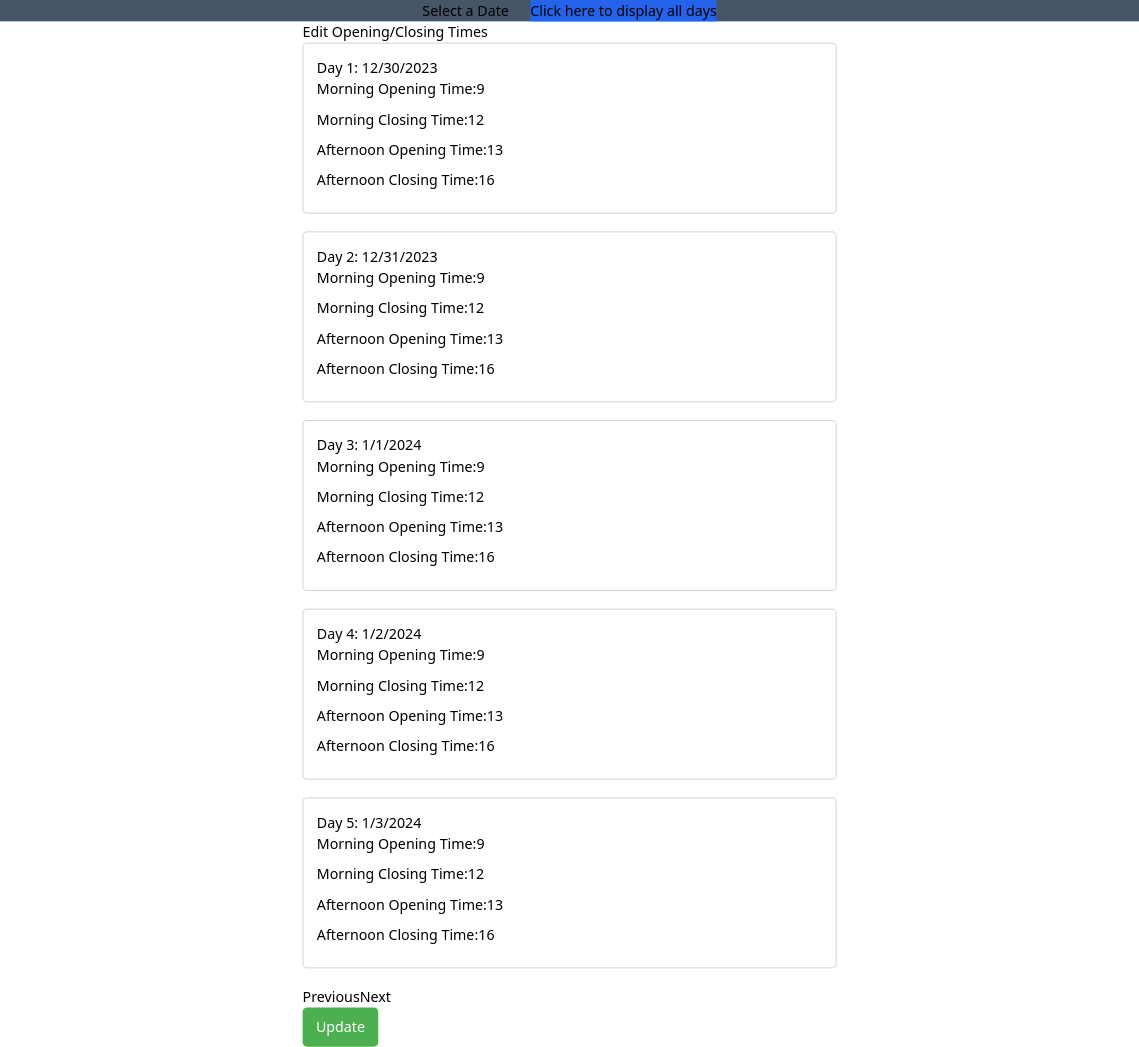
Repository: ImedBousakhria/appointment_system_prototype
Page: /
These files come from the project's save history. The page is drawn as it stood at one moment and after the next save; the edit follows.
The browser window is 1280 px wide. The pictures show the whole page, at 89% of full size.
The project was rebuilt for these pictures with package versions that can differ from the ones it lists, and the page was loaded fresh each time. Also part of the build but not shown: vite.config.js, src/Calendar.css.

Above is the page before, as saved 2024-01-04 03:36:28.

After the next save:
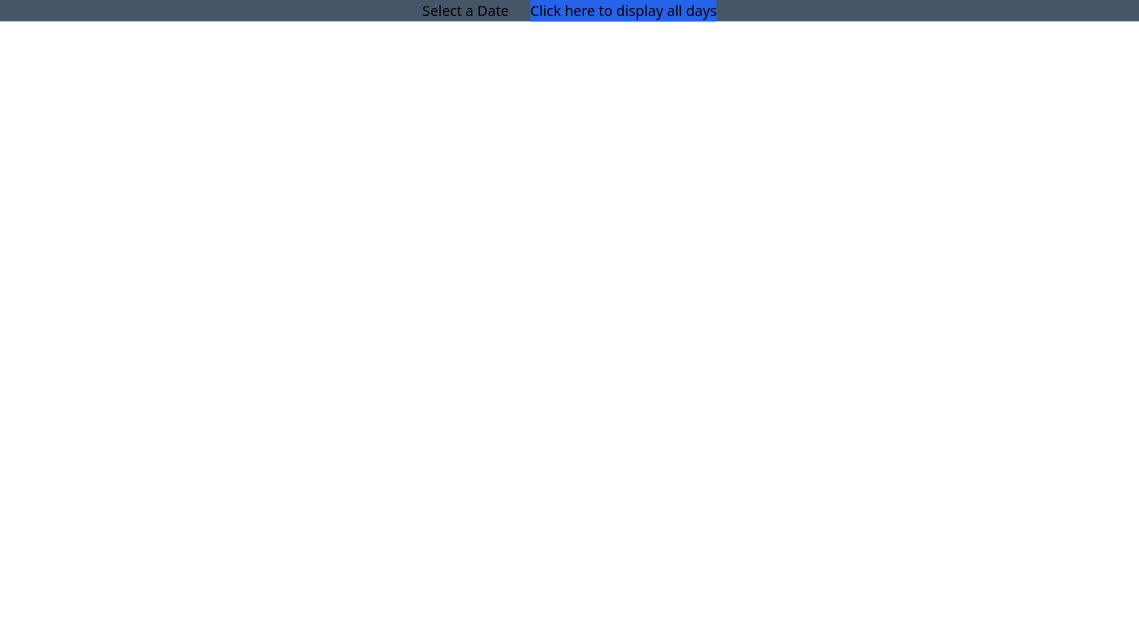
Saved 6 s later.
--- a/src/main.jsx
+++ b/src/main.jsx
@@ -10,6 +10,5 @@ ReactDOM.createRoot(document.getElementById('root')).render(
 
   <React.StrictMode>
     <Calendar />
-    <Availability daysArray={getDaysArray()} />
   </React.StrictMode>,
 )
